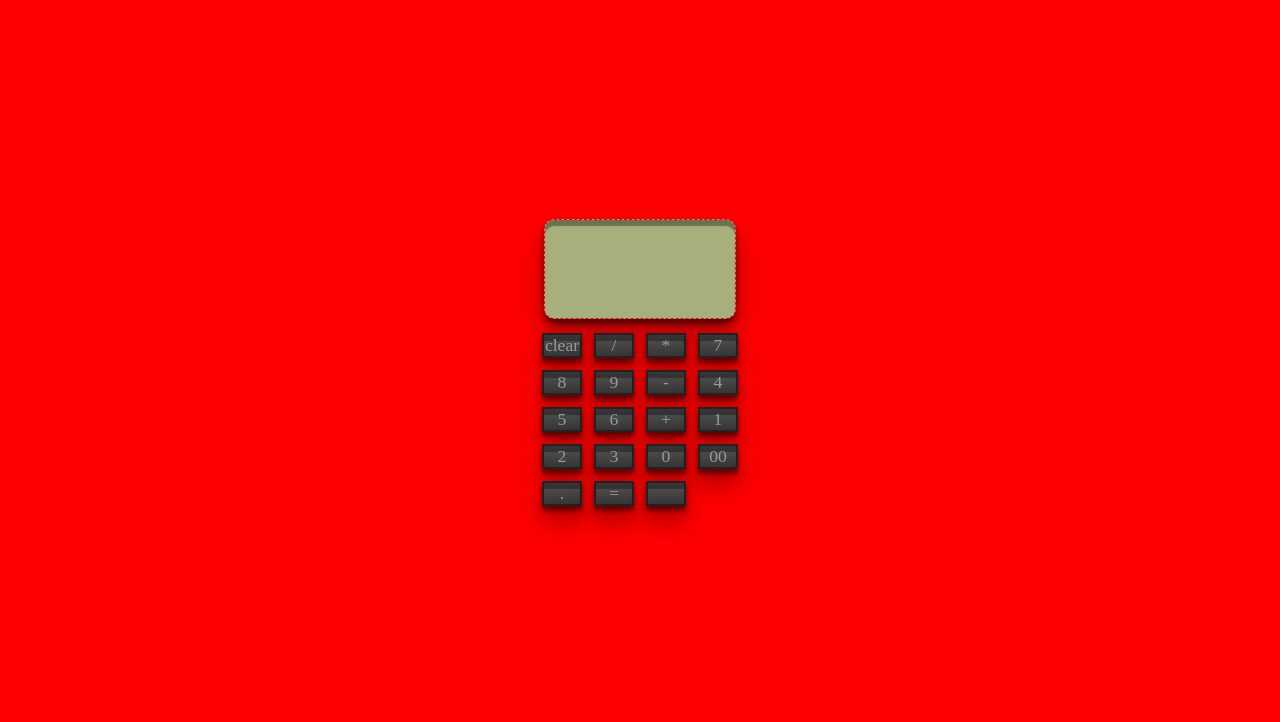
Repository: JunaidAnsari202/calculator
Page: index.html
These files come from the project's save history. The page is drawn as it stood at one moment and after a run of saves; the edit follows.
The browser window is 1280 px wide. The pictures show the whole page.

Above is the page before, as saved 2023-10-28 00:11:59.

### index.html
<!DOCTYPE html>
<html lang="en">
<head>
    <meta charset="UTF-8">
    <meta name="viewport" content="width=device-width, initial-scale=1.0">
    <title>Document</title>
    <link rel="stylesheet" href="style.css">
</head>
<body>

    <div class="caculator">
        <div class="button">
            <h2 id="value"></h2>
            <span id="clear">clear</span>
            <span>/</span>
            <span>*</span>
            <span>7</span>
            <span>8</span>
            <span>9</span>
            <span>-</span>
            <span>4</span>
            <span>5</span>
            <span>6</span>
            <span id="plus">+</span>
            <span>1</span>
            <span>2</span>
            <span>3</span>
            <span>0</span>
            <span>00</span>
            <span>.</span>
            <span id="equal">=</span>
            <span></span>
        </div>
    </div>
    <script src="script.js"></script>
</body>
</html>

### style.css
*{
    padding: 0;
    margin: 0;
    box-sizing: border-box;
    border: 1px red dashed;
}

body{
    display: flex;
    justify-content: center;
    align-items: center;
    height: 100vh;
    background-color: red;
}
.calculator{
    position: relative;
    width: 300px;
}

.button{
    position: relative;
    display: grid;
}

#value{
    position: relative;
    margin: 8px;
    grid-column: span 4;
    height: 100px;
    line-height: 100px;
    padding: 0 20px ;
    border-radius: 10px;
    background-color: #a7af7c;
    text-align: right;
    font-size: 1.5 rem;
    color: #3a3c2e;
    overflow: hidden;
    box-shadow: inset 0 6px 1px 0 rgba(0,0,0,0.35),
    0 5px 5px rgba(0,0,0,0.5),0 15px 25px rgba(0,0,0,0.35);
    width: calc(100% - 16px);
}


span{
    position: relative;
    pad: 10px;
    margin: 6px;
    min-width: 40px;
    font-size: 1.1rem;
    display: flex;
    justify-content: center;
    align-items: center;
    color: #999;
    border: 2px solid #222;
    background: linear-gradient(#555353,#363535);
    box-shadow: inset 0 6px 1px 0 rgba(0,0,0,0.35),
    0 5px 5px rgba(0,0,0,0.5),0 15px 25px rgba(0,0,0,0.35);
    user-select: none;
    cursor: pointer;
}

span::before{
    content: "";
    position: absolute;
    border-top: 2px solid #ccc;
    filter: blur(2px);
}

### script.js
let buttons=document.querySelector(".button");
let btn=document.querySelectorAll("span");
let value=document.getElementById("value");

for(let i =0;i<btn.length;i++){
    btn[i].addEventListener("click",function(){
        if(this.innerHTML == "="){
            value.innerHTML = eval(value.innerHTML);

        }
        else{
            if(this.innerHTML== "clear"){
                value.innerHTML = " ";
            }else{
                value.innerHTML += this.innerHTML;
            }
        }
    })
}

After the next 2 saves:
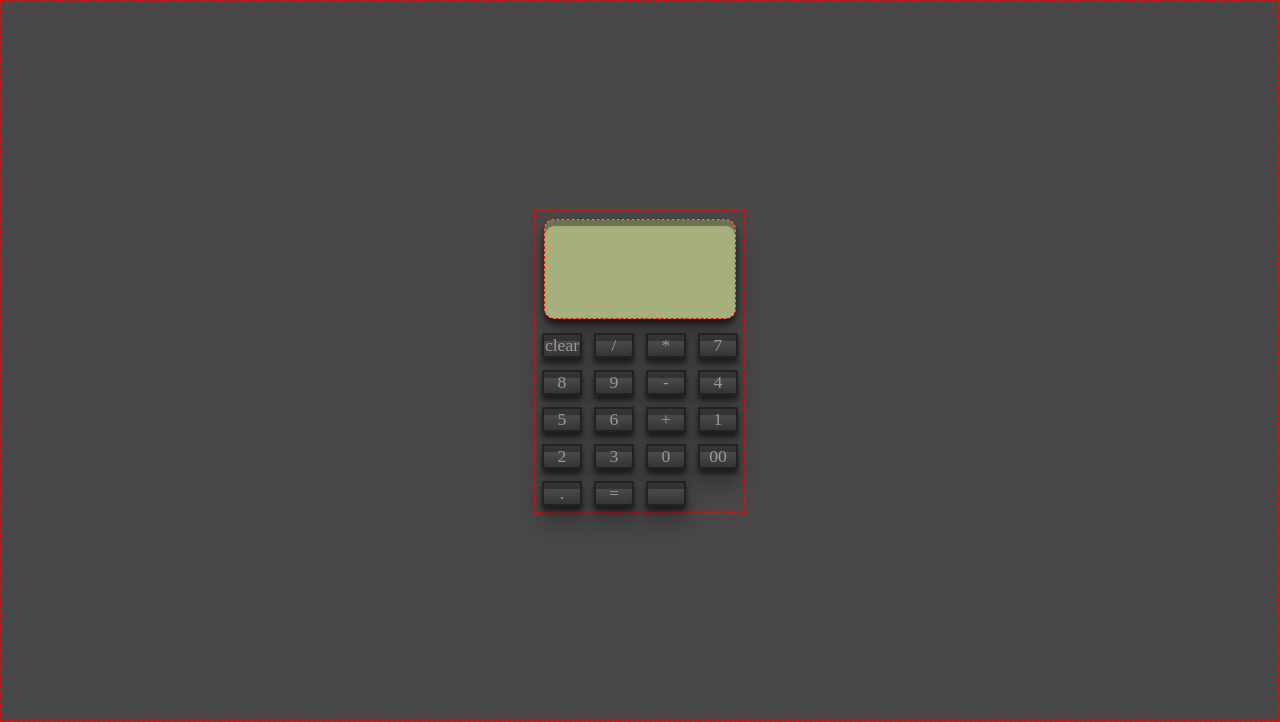
The 2 saves are shown as one change because they came seconds apart.
The last was saved 13 s later.
--- a/style.css
+++ b/style.css
@@ -10,7 +10,7 @@ body{
     justify-content: center;
     align-items: center;
     height: 100vh;
-    background-color: red;
+    background-color: rgb(72, 72, 72);
 }
 .calculator{
     position: relative;
